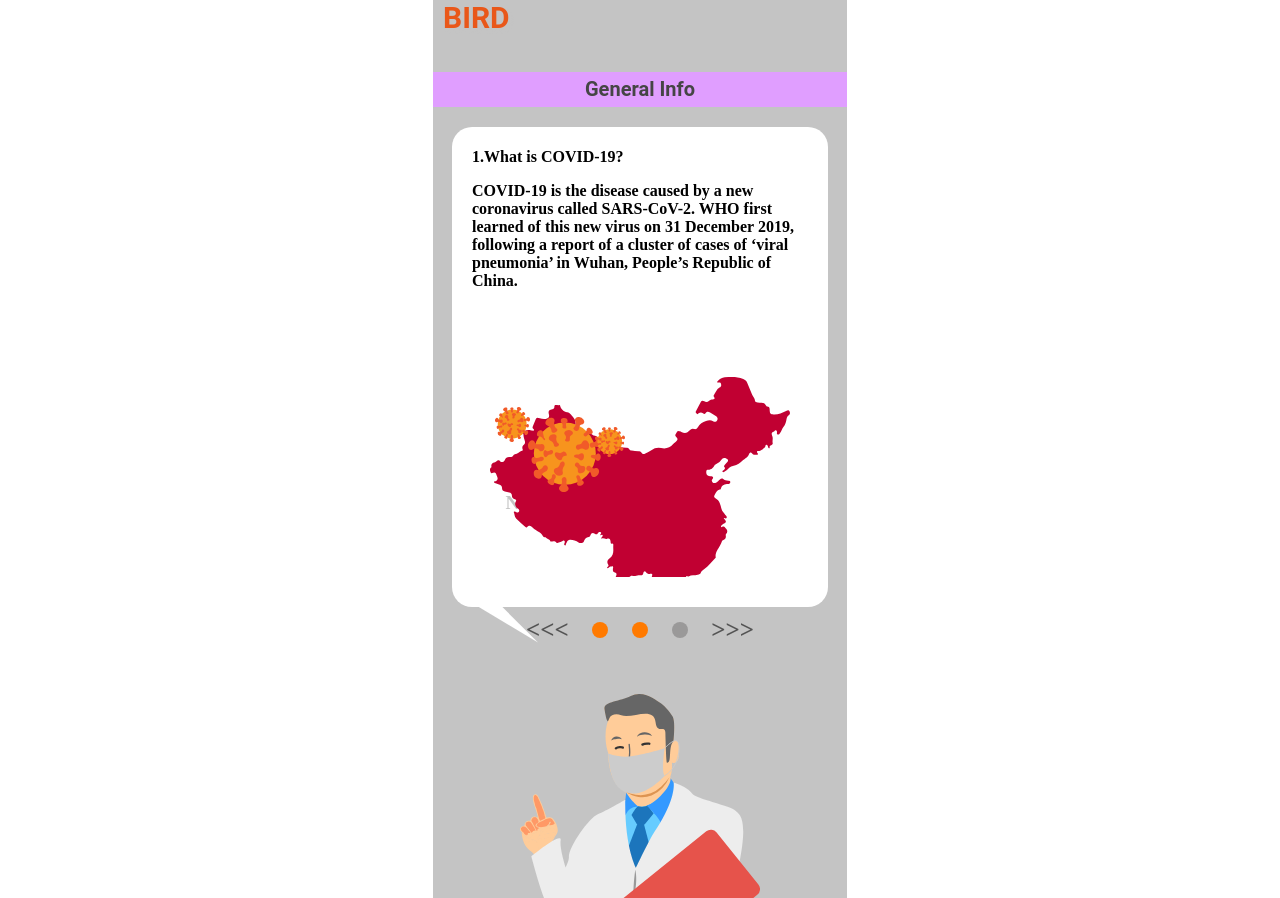
Repository: Levic559/BIRD
Page: General_info-1/1.html
The author's editor kept a copy of each file at every save. The page is drawn from the files as they stood at one save, then again after the next save.
The browser window is 1280 px wide. The pictures show the whole page.

Above is the page before, as saved 2021-03-10 21:54:23.

After the next save:
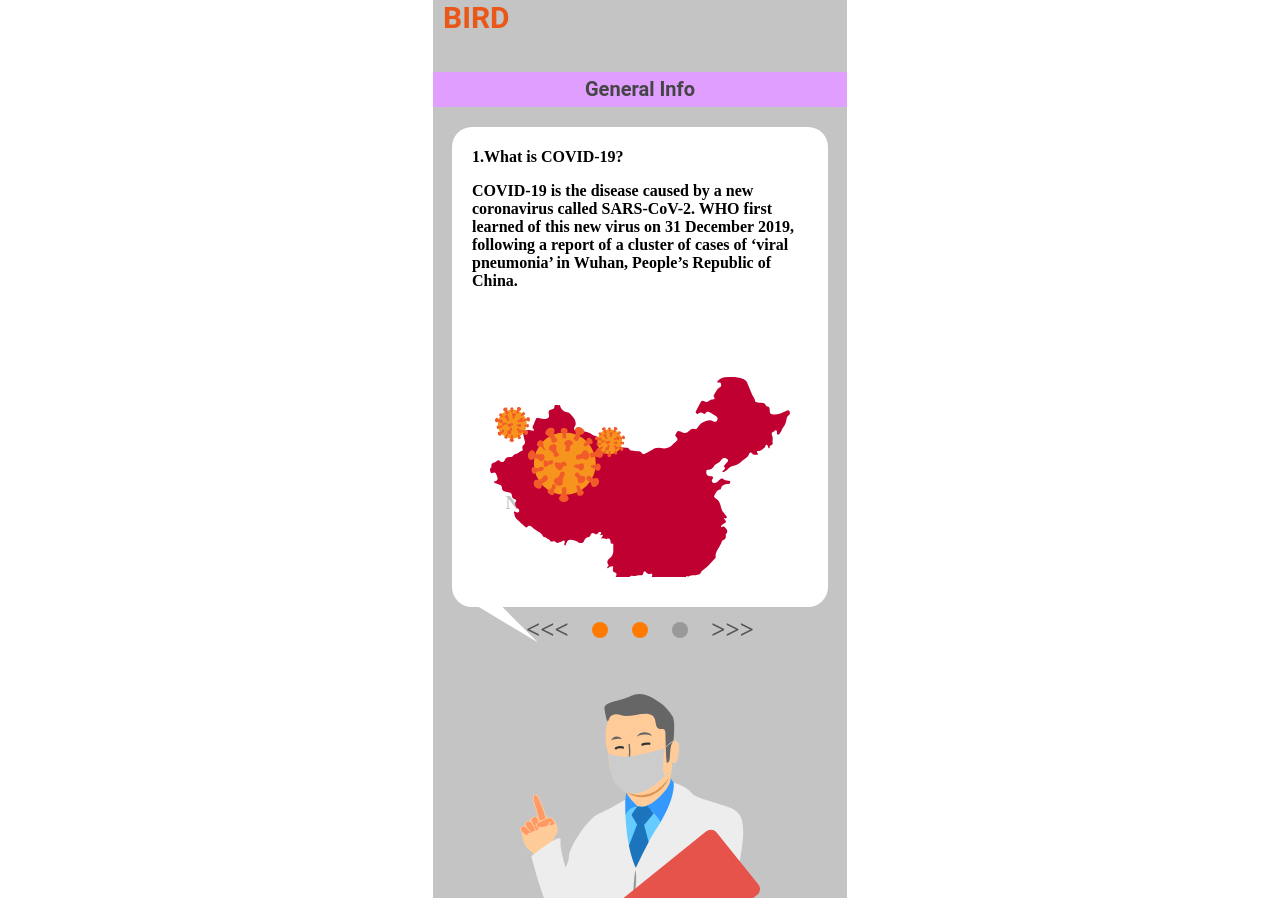
Saved 5 s later.
--- a/General_info_structure/mystyle.css
+++ b/General_info_structure/mystyle.css
@@ -103,7 +103,7 @@ body {
   width: 75px;
   height: 75px;
   position: absolute;
-  margin-top: 290px;
+  margin-top: 300px;
   margin-right: 150px;
   overflow: hidden;
 }
